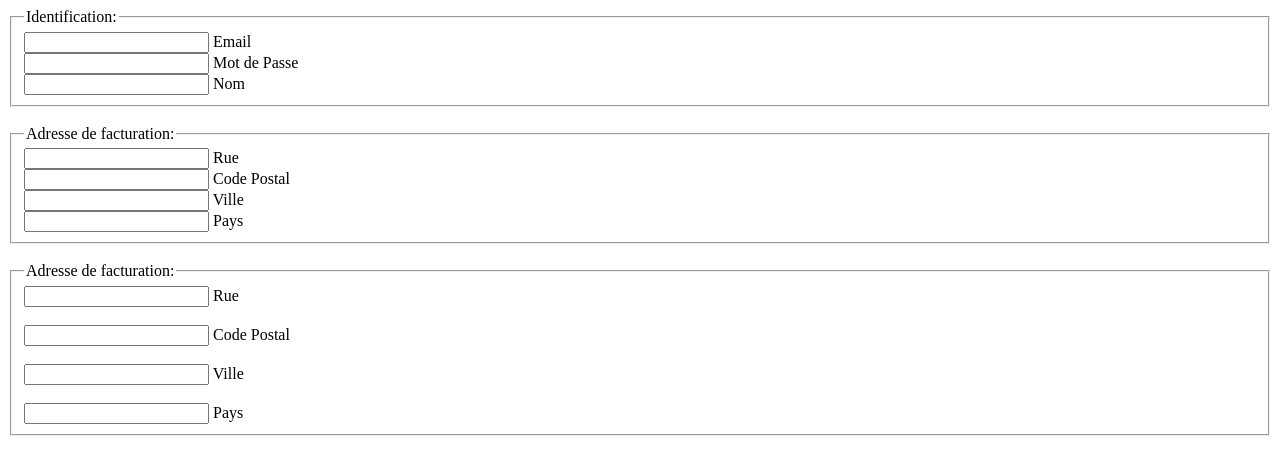
Repository: Tanox2450/ProjetFinalFrontWeb
Page: http://localhost/BoVoyageFrontOffice/fragments/formulaire.jsp
An editor plug-in stored every save of this project. The page is shown before and after a run of saves, followed by the edit.
The browser window is 1280 px wide. The pictures show the whole page.
The page is served by Tomcat 9.

Above is the page before, as saved 2015-08-24 12:55:25.

After the next 2 saves:
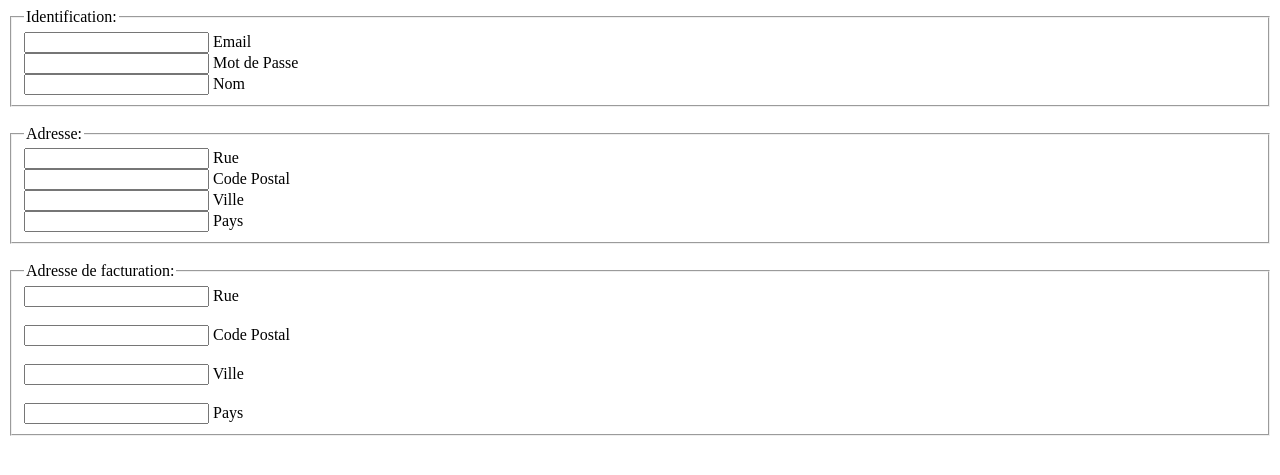
The 2 saves are shown as one change because they came seconds apart.
The last was saved 13 s later.
--- a/BoVoyageFrontOffice/WebContent/fragments/formulaire.jsp
+++ b/BoVoyageFrontOffice/WebContent/fragments/formulaire.jsp
@@ -29,7 +29,7 @@
 		</fieldset>
 		<br />
 		<fieldset>
-			<legend>Adresse de facturation:</legend>
+			<legend>Adresse:</legend>
 			<div
 				class="mdl-textfield mdl-js-textfield mdl-textfield--floating-label">
 				<input class="mdl-textfield__input" type="text" name="street"
